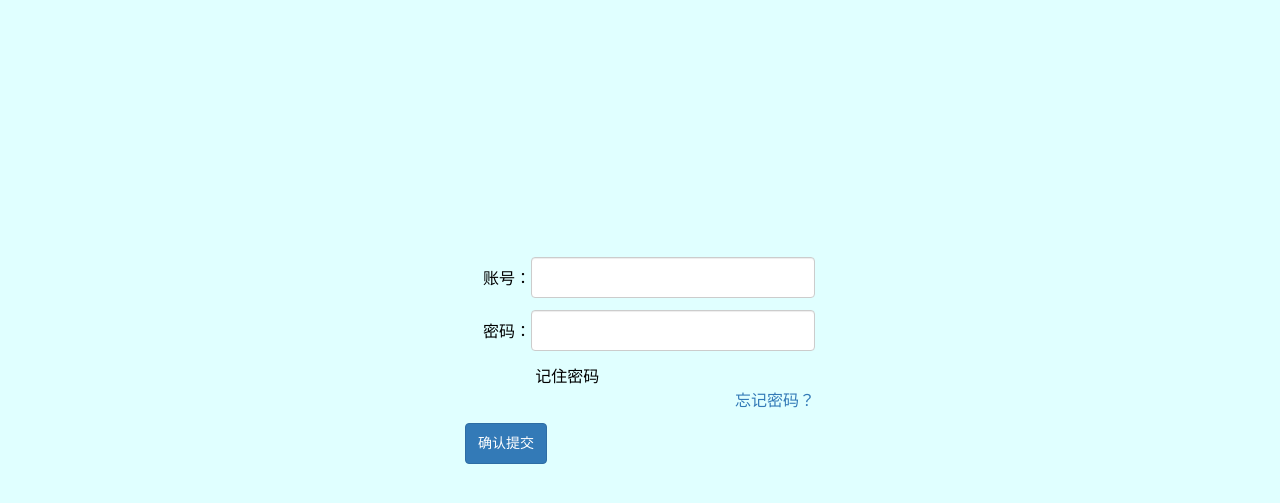
Repository: DeeFromChina/wechat
Page: http://localhost/wechat/jsp/login/login.jsp
These files come from the project's save history. The page is drawn as it stood at one moment and after the next save; the edit follows.
The browser window is 1280 px wide. The pictures show the whole page.
The page is served by Tomcat 9.

Above is the page before, as saved 2018-02-12 07:30:33.

After the next save:
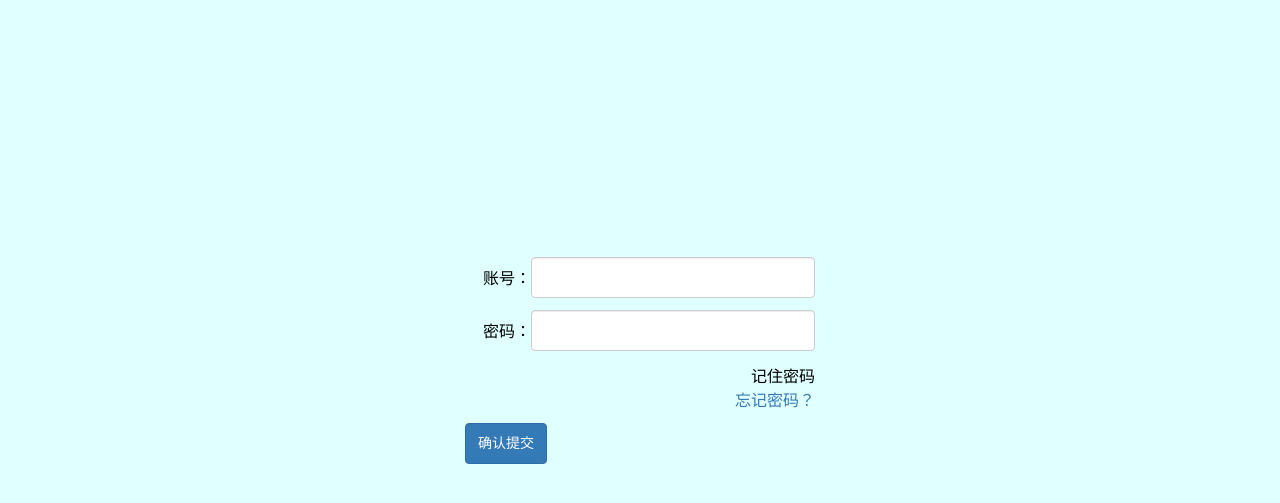
Saved 25 s later.
--- a/wechat/web/jsp/login/login.jsp
+++ b/wechat/web/jsp/login/login.jsp
@@ -36,12 +36,12 @@
 			<tr>
 				<td/>
 				<td class="textR paddingRight19">
-					<div class="textL">
+					<div class="floatL">
 						<input type="hidden" id="remeberId" value="1" />
 						<img id="remeber" class="remeberImg" onclick="changeRemeber()" />
 						<font class="font-14 color9A9A9A">记住密码</font>
 					</div>
-					<div class="textR">
+					<div class="floatR">
 						<a onclick="" class="font-14 color00B38A hand">
 							忘记密码？
 						</a>
